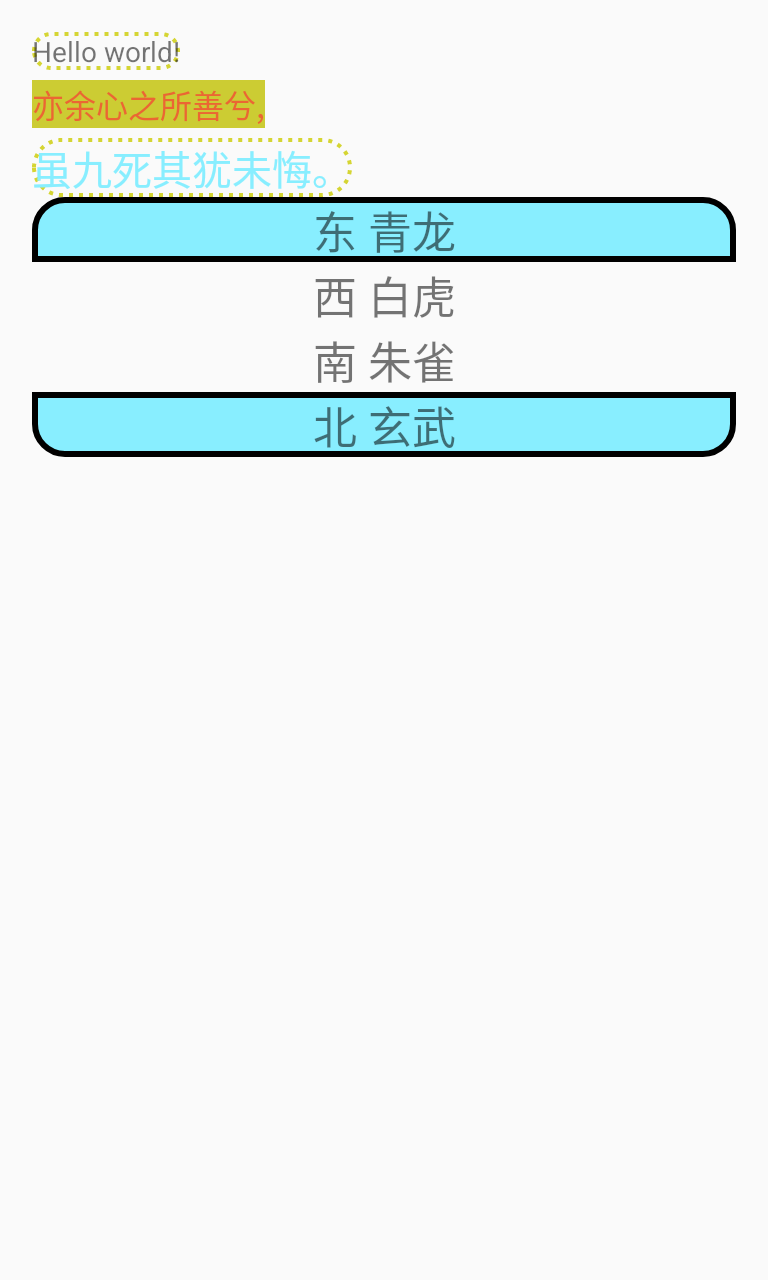
Repository: duhei/cici
Layout: GitHubFrist/res/layout/activity_main.xml
The author's editor kept a copy of each file at every save. The layout is drawn from the files as they stood at one save, then again after the next save.
It is drawn on a 768 x 1280 px phone screen (xhdpi) without system bars, with theme AppTheme; the app's code is not run.

Above is the layout before, as saved 2015-07-10 08:58:12.

### GitHubFrist/res/layout/activity_main.xml
<LinearLayout xmlns:android="http://schemas.android.com/apk/res/android"
    xmlns:tools="http://schemas.android.com/tools"
    android:layout_width="match_parent"
    android:layout_height="match_parent"
    android:paddingBottom="@dimen/activity_vertical_margin"
    android:paddingLeft="@dimen/activity_horizontal_margin"
    android:paddingRight="@dimen/activity_horizontal_margin"
    android:paddingTop="@dimen/activity_vertical_margin"
    tools:context="com.mylove.githubfrist.MainActivity"
    android:orientation="vertical"
    >

    <TextView
        android:layout_width="wrap_content"
        android:layout_height="wrap_content"
        android:text="@string/hello_world"
        android:background="@drawable/corner_shape"
        />

    <TextView
        style="@style/warp_content"
        android:text="@string/lisao1"
        android:background="#FFCCCC33"
        android:textColor="#99FF2233"
        android:textSize="16dp"
        />

    <TextView
        style="@style/warp_textCol"
        android:layout_width="wrap_content"
        android:layout_height="wrap_content"
        android:background="@drawable/corner_shape"
        android:text="@string/lisao2" />

    <TextView
        android:layout_width="match_parent"
        android:layout_height="wrap_content"
        android:background="@drawable/con_shape_top"
        android:text="@string/east"
        android:textSize="22dp"
        android:gravity="center"

        />

    <TextView
        android:layout_width="match_parent"
        android:layout_height="wrap_content"
        android:text="@string/west"
        android:textSize="22dp"
        android:gravity="center"
        />

    <TextView
        android:layout_width="match_parent"
        android:layout_height="wrap_content"
        android:text="@string/south"
        android:textSize="22dp"
        android:gravity="center"
        />

    <TextView
        android:layout_width="match_parent"
        android:layout_height="wrap_content"
        android:background="@drawable/con_shape_bottom"
        android:text="@string/nouth"
        android:textSize="22dp"
        android:gravity="center"
        />

</LinearLayout>

### GitHubFrist/res/values/strings.xml
<?xml version="1.0" encoding="utf-8"?>
<resources>

    <string name="app_name">GitHubFrist</string>
    <string name="hello_world">Hello world!</string>
    <string name="action_settings">Settings</string>

    <string name="lisao1">亦余心之所善兮,</string>
    <string name="lisao2">虽九死其犹未悔。</string>

    <string name="east">东 青龙</string>
    <string name="west">西 白虎</string>
    <string name="south">南 朱雀</string>
    <string name="nouth">北 玄武</string>
</resources>

### GitHubFrist/res/drawable-hdpi/corner_shape.xml
<?xml version="1.0" encoding="utf-8"?>
<shape xmlns:android="http://schemas.android.com/apk/res/android" >

    <corners android:radius="20dp"/>

    <stroke android:width="2dp"
        android:dashGap="3dp"
        android:dashWidth="2dp"
        android:color="#FFD5D533"/>

</shape>

### GitHubFrist/res/drawable-hdpi/con_shape_top.xml
<?xml version="1.0" encoding="utf-8"?>
<shape xmlns:android="http://schemas.android.com/apk/res/android" >

    <corners android:topLeftRadius="15dp"
        android:topRightRadius="15dp"
        android:bottomLeftRadius="0dp"
        android:bottomRightRadius="0dp"
        />

    <gradient android:startColor="#FF88EEFF"
        android:centerColor="#FF88EEFF"
        android:endColor="#FF88EEFF"/>

    <stroke android:width="3dp"
        android:color="#FF000000"/>

</shape>

### GitHubFrist/res/drawable-hdpi/con_shape_bottom.xml
<?xml version="1.0" encoding="utf-8"?>
<shape xmlns:android="http://schemas.android.com/apk/res/android"
    android:shape="rectangle">

    <corners android:topLeftRadius="0dp"
        android:topRightRadius="0dp"
        android:bottomLeftRadius="15dp"
        android:bottomRightRadius="15dp"
        />

    <gradient android:startColor="#FF88EEFF"
        android:centerColor="#FF88EEFF"
        android:endColor="#FF88EEFF"/>

    <stroke android:width="3dp"
        android:color="#FF000000"/>
</shape>

Loaded but not shown: GitHubFrist/res/values/styles.xml (common file); GitHubFrist/res/values-v11/styles.xml (common file); GitHubFrist/res/values-v14/styles.xml (common file); GitHubFrist/res/values/dimens.xml (common file); GitHubFrist/res/values-w820dp/dimens.xml (common file)

After the next save:
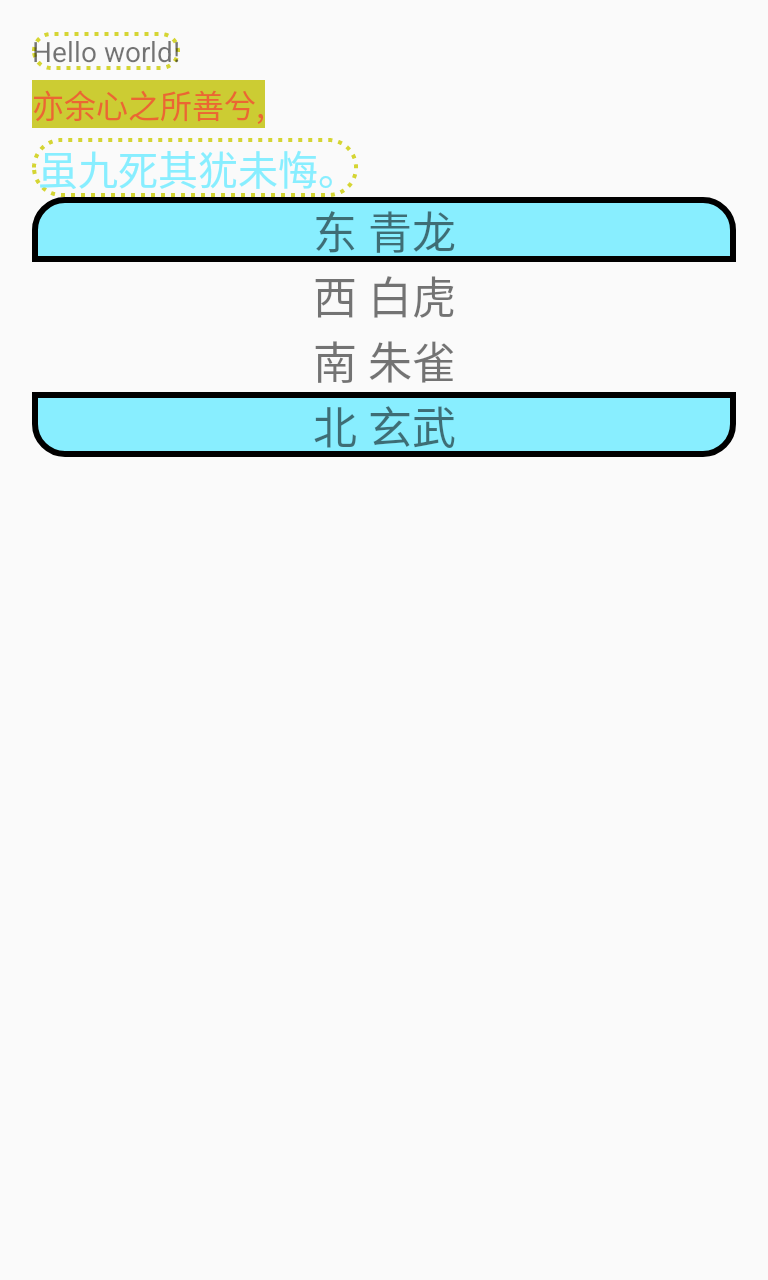
Saved 62 s later.
--- a/GitHubFrist/res/layout/activity_main.xml
+++ b/GitHubFrist/res/layout/activity_main.xml
@@ -30,6 +30,7 @@
         android:layout_width="wrap_content"
         android:layout_height="wrap_content"
         android:background="@drawable/corner_shape"
+        android:paddingLeft="3dp"
         android:text="@string/lisao2" />
 
     <TextView
